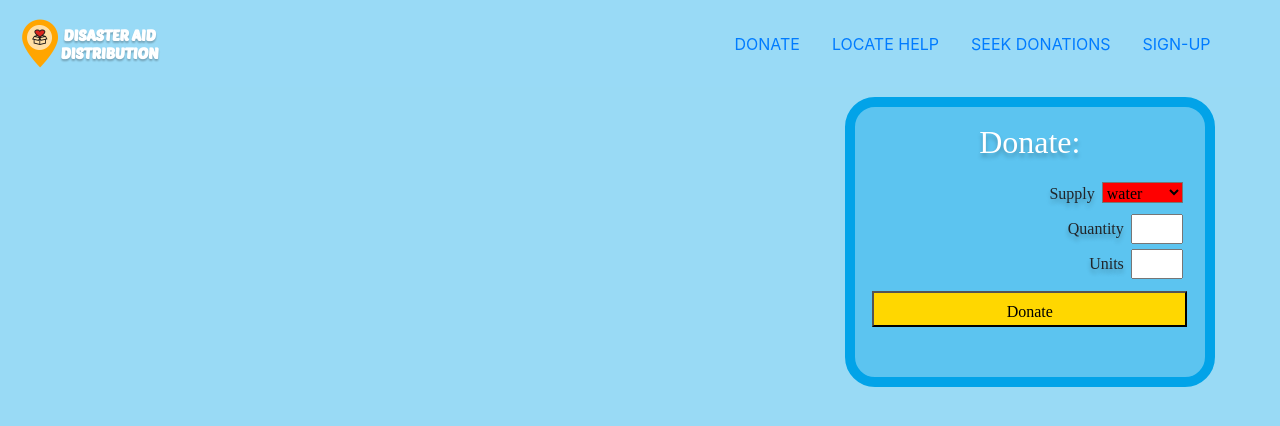
Repository: uprm-inso-4115-2019-2020-S2/semester-project-inso4115-DisasterAid-backend
Page: /donate-modal (app in disaster-aid/)
An editor plug-in stored every save of this project. The page is shown before and after the next save, followed by the edit.
The browser window is 1280 px wide. The pictures show the whole page.
The project was rebuilt for these pictures with package versions that can differ from the ones it lists, and the page was loaded fresh each time. Also part of the build but not shown: disaster-aid/angular.json, disaster-aid/src/app/login/login.component.ts, disaster-aid/src/app/register/register.component.ts, disaster-aid/src/app/home/home.component.ts, disaster-aid/src/app/landing-page/landing-page.component.ts, disaster-aid/src/app/donations/donations.component.ts, disaster-aid/src/app/donations.service.ts.

Above is the page before, as saved 2020-05-08 04:37:30.

After the next save:
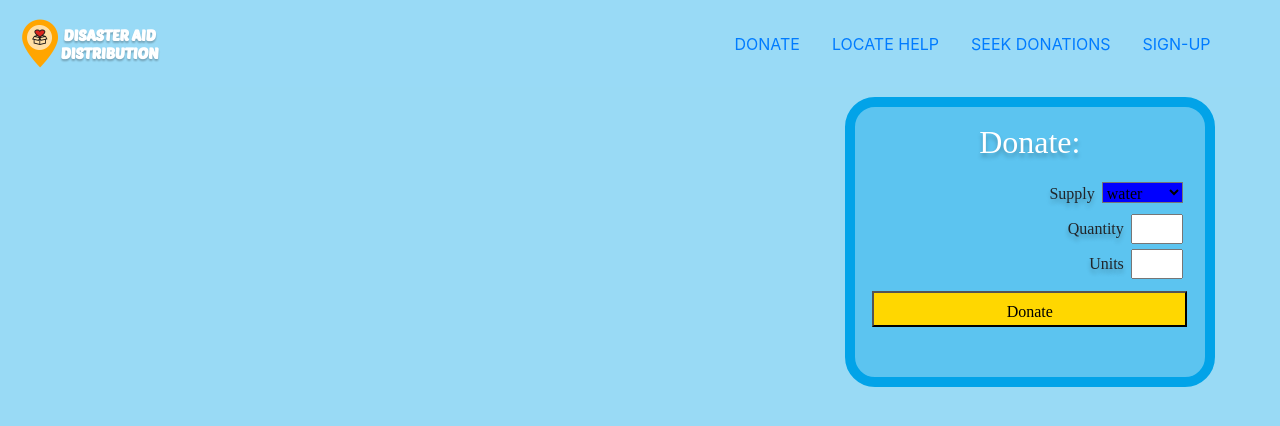
Saved 3 min 39 s later.
--- a/disaster-aid/src/app/donate-modal/donate-modal.component.css
+++ b/disaster-aid/src/app/donate-modal/donate-modal.component.css
@@ -20,5 +20,5 @@
 }
 
 .select{
-    background-color: red;
+    background-color: blue;
 }
